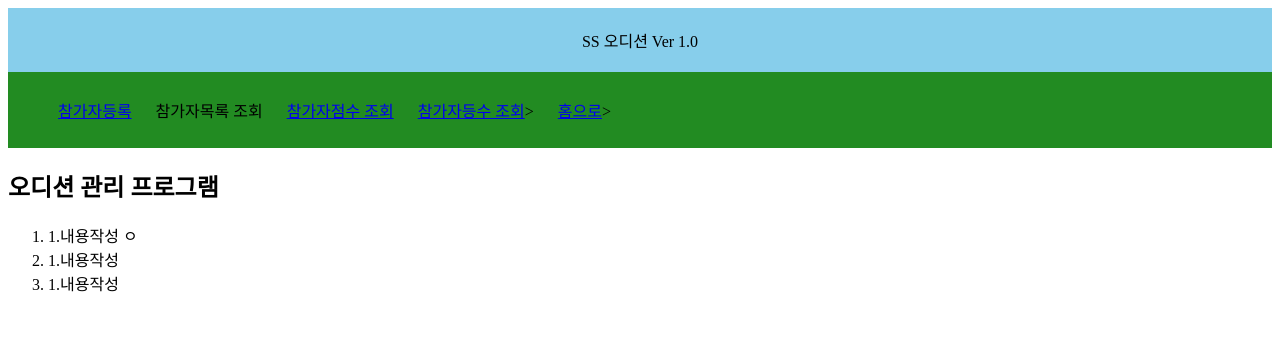
Repository: khs220507/WebClass
Page: http://localhost/prj0828/Audition/index.jsp
An editor plug-in stored every save of this project. The page is shown before and after the next save, followed by the edit.
The browser window is 1280 px wide. The pictures show the whole page.
The page is served by Tomcat 9.

Above is the page before, as saved 2023-08-28 07:51:37.

After the next save:
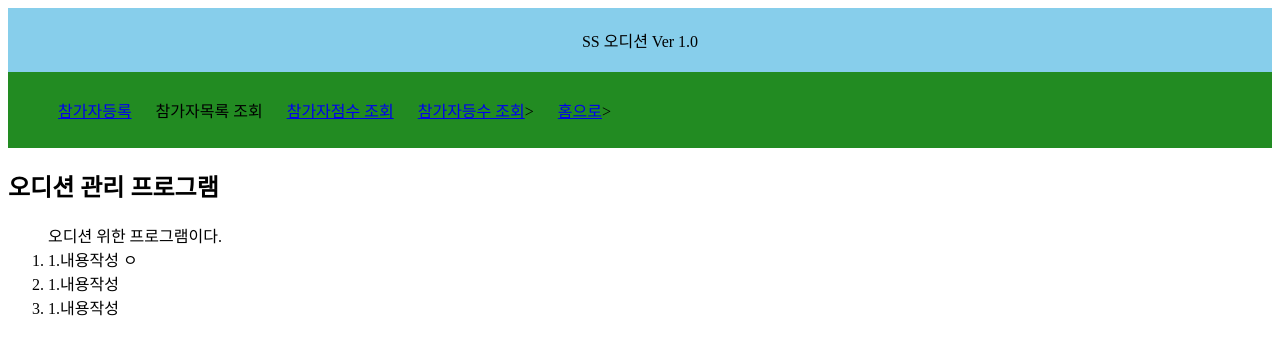
Saved 28 s later.
--- a/prj0828/src/main/webapp/Audition/index.jsp
+++ b/prj0828/src/main/webapp/Audition/index.jsp
@@ -27,6 +27,7 @@
 <h2>오디션 관리 프로그램</h2>
 
 <ol>
+오디션 위한 프로그램이다.
 <li>1.내용작성 ㅇ</li>
 <li>1.내용작성</li>
 <li>1.내용작성</li>
